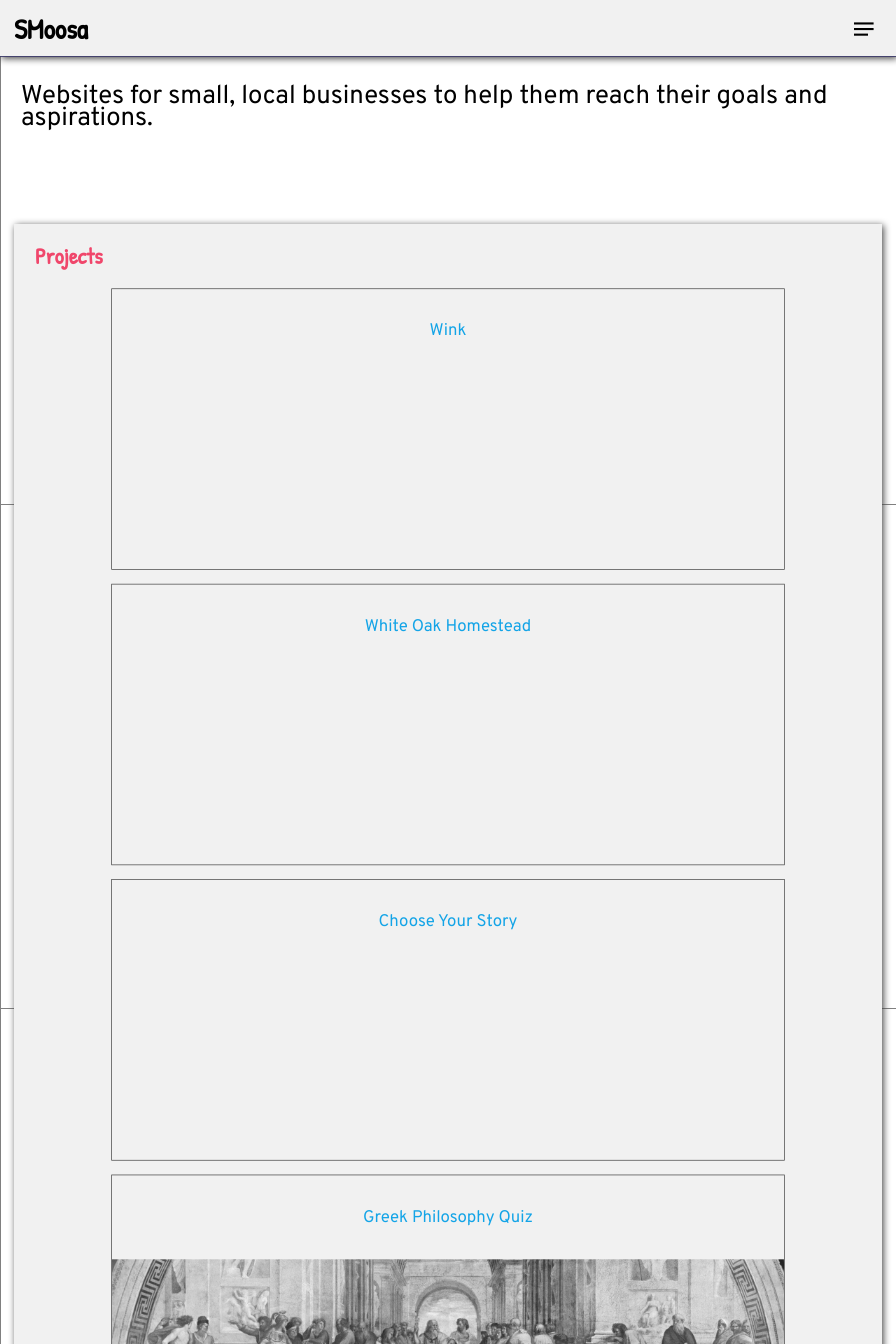
Repository: Sbethm/sarahmoosa
Page: index.html
These files come from the project's save history. The page is drawn as it stood at one moment and after a run of saves; the edit follows.
The browser window is 1280 px wide. The pictures show the part of the page from y = 0 to 1920 px (the page is 2696 px tall before and 2664 px after), at 70% of full size.
Backgrounds fixed to the window are drawn as part of the page. Some web libraries are served in a nearby version. The style sheet was rebuilt from its Sass, Less or Tailwind sources for each picture, by a compiler version that may differ from the author's.

Above is the page before, as saved 2021-07-16 09:42:17.

### index.html
<!DOCTYPE html>
<html lang="en">
<head>
    <meta charset="UTF-8">
    <meta http-equiv="X-UA-Compatible" content="IE=edge">
    <meta name="viewport" content="width=device-width, initial-scale=1.0">
    <link rel="preconnect" href="https://fonts.googleapis.com">
<link rel="preconnect" href="https://fonts.gstatic.com" crossorigin>
<link href="https://fonts.googleapis.com/css2?family=Overpass:ital,wght@0,300;0,400;0,700;1,300;1,400;1,700&family=Patrick+Hand&display=swap" rel="stylesheet">
<!--HEADER FONT
    font-family: 'Patrick Hand', cursive;
    CONTENT FONT
    font-family: 'Overpass', sans-serif;
-->
<link rel="stylesheet" href="./dist/css/style.css">
<script src="https://kit.fontawesome.com/4348baf125.js" crossorigin="anonymous"></script>
    <title>SarahMoosa</title>
</head>
<body>
    <header>
        <h1 class="logo" id="logo">SMoosa</h1>
        <ul>
            <li>Her Projects</li>
            <li>Her Skills</li>
            <li>About Sarah</li>
            <li>Contact</li>
        </ul>
        <div class="hamburger">
            <span class="patty"></span>
        </div>
    </header>
    <main>
        <div class="welcome" id="welcome">
            <p>Websites for small, local businesses to help them reach their goals and aspirations.</p>
        </div>
        <section class="project--sect">
            <h2>Projects</h2>
            <div class="flex">
                <div class="project--box">
                    <p>Wink</p>
                    <div class="project--img wink"></div>
                    <i class="project--link"></i>
                    <i class="project--skills"></i>
                </div>
                <div class="project--box">
                    <p>White Oak Homestead</p>
                    <div class="project--img whiteoak"></div>
                    <i class="project--link"></i>
                    <i class="project--skills"></i>
                </div>
                <div class="project--box">
                    <p>Choose Your Story</p>
                    <div class="project--img chooseyourstory"></div>
                    <i class="project--link"></i>
                    <i class="project--skills"></i>
                </div>
                <div class="project--box">
                    <p>Greek Philosophy Quiz</p>
                    <div class="project--img greekphilo">
                        <img src="./img/bw-art-school-of-athens-1143741_1920 copy.jpeg" alt="background image from the website if you were a greek philosophy student">
                    </div>
                    <i class="project--link"></i>
                    <i class="project--skills"></i>
                </div>
            </div>
        </section>
        <section class="skills--sect">
            <h2>Skills</h2>
            <i class="fab fa-github"></i>
            <i class="fab fa-css3-alt"></i>
            <i class="fab fa-sass"></i>
            <i class="fab fa-js-square"></i>
            <i class="fab fa-react"></i>
        </section>
        <section class="about--sect">
            <h2>About Sarah</h2>
            <p>Hi there! My name is Sarah, and I am from Louisiana. I love learning about everything and I enjoy being creative. <!--I spent most of my life absorbing knowledge, drawing, and creating any crafty thing I could get my hands on. Several years ago, I found my greatest passion- language. I followed this passion to Japan where I taught English and studied Japanese.

            While in Japan, I was exploring how to share share my time in Japan online when I discovered web development. It started out as just a hobby, but it quickly grew into a driving desire to learn and create more.

            I have been teaching myself how to write and read code for websites. -->
            <div class="about--button">
                <span>To find out more</span>
                <link>
                    Click Here!
                </link>
            </div>
        </p>
        </section>
        <section class="contact--sect">
            <h2>Contact</h2>
            <div class="contact--icon--container">
                <i class="far fa-envelope"></i>
                <i class="fab fa-linkedin"></i>
                <i class="fab fa-github"></i>
            </div>
            <p>You can contact me by email or visit me on linkedin and github!</p>
        </section>
        <footer>
            <p>Hello!</p>
        </footer>
    </main>

</body>
</html>

### SCSS/style.scss
@import "./reset", "./variables";

/* Table of Contents
    1. Overall Styling (mobile, etc.)
        1.1 Header
        1.2 Welcome
        1.3 Projects
        1.4 Skills
        1.5 About
        1.6 Contact
        1.7 Footer
    2. Tablet Styling
        2.1 Landscape
            2.1.1 Header
            2.1.2 Welcome
            2.1.3 Projects
            2.1.4 Skills
            2.1.5 About
            2.1.6 Contact
            2.1.7 Footer
        2.2 Portrait
            2.2.1 Header
            2.2.2 Welcome
            2.2.3 Projects
            2.2.4 Skills
            2.2.5 About
            2.2.6 Contact
            2.2.7 Footer
    3. Computer Styling
        3.1 Header
        3.2 Welcome
        3.3 Projects
        3.4 Skills
        3.5 About
        3.6 Contact
        3.7 Footer
*/

//1. OVERALL STYLING
body {
    background-size: 40px 40px;
    background-image:
      linear-gradient(to right, grey 1px, transparent 1px),
      linear-gradient(to bottom, grey 1px, transparent 1px);
      background-attachment: fixed;
}

section {
    width: calc(100vw - 60px);
    margin: 20px;
    padding: 10px;
    background-color: $bgColorWhite;
    box-shadow: 2px 2px 10px 1px $accentColorShadow;
}

h2 {
    font-family: $accentFont;
    font-size: 2rem;
    color: $accentColorMaroon;
}

p {
    font-family: $contentFont;
    font-size: 1.4rem;
    line-height: 2rem;
}

i {
    margin: 10px;
    font-size: 5rem;
    color: $accentColorLightBlue;
}

    //1.1 HEADER
    header {
        height: 5rem;
        width: 100vw;
        display: block;
        position: fixed;
        top: 0;
        background-color: $bgColorWhite;
        border-bottom: 0.5px solid $accentColorDeepBlue;
        box-shadow: 2px 2px 10px 1px $accentColorShadow;
        overflow: hidden;
        z-index: 9;

        & h1 {
            font-family: $accentFont;
            font-size: $h1Size;
            padding: 1.25rem;
        }

        & .hamburger {
            position: absolute;
            top: 2em;
            right: 2em;
            z-index: 1;
            width: 28px;
            //@include transition-ease;

            & .patty {
            position: absolute;
            top: 0.5rem;
            right: 0;
            height: 3px;
            width: 28px;
            background: #000;
            //@include transition-ease;

                &::before {
                    content: '';
                    position: absolute;
                    top: -8px;
                    height: 3px;
                    width: 28px;
                    background: #000;
                    //@include transition-ease;
                }

                &::after{
                    content: '';
                    position: absolute;
                    top: 8px;
                    height: 3px;
                    width: 20px;
                    background: #000;
                    //@include transition-ease;
                }

                &.open {
                    transform: rotate(720deg);
                    background: transparent;

                    &::before {
                        transform: rotate(45deg) translate(5px, 8px);
                    }

                    &::after{
                        width: 28px;
                        transform: rotate(-45deg) translate(3px, -7px);
                    }
                }
            }
        }
    }

    //1.2 WELCOME
    .welcome {
        width: calc(100vw - 60px);
        margin: 0 30px;
        font-family: $contentFont;
        position: relative;
        top: 7.6rem;

        & p {
            font-size: 2.3rem;
            line-height: 2.3re;
        }
    }

    //1.3 PROJECTS
    .project--sect {
        margin-top: 16rem;
        height: fit-content;

        & h2 {
            display: block;
            width: 100%;
            margin: 20px;
        }
    }

    .flex {
        display: flex;
        flex-direction: row;
        flex-wrap: wrap;
        justify-content: space-between;
    }

    .project--box {
        width: 75vw; //
        height: 25em;
        margin: 10px auto;
        background-color: $bgColorWhite;
        overflow: hidden;
        border: 1px solid $accentColorShadow;

        & p {
            width: 75vw;
            height: 5em;
            line-height: 5em;
            font-size: 1.5rem;
            color: $accentColorLightBlue;
            text-align: center;
        }

        & img {
            width: 75vw;
            height: 20em;
            object-fit: cover;
            object-position: 50% 80%;

        }
    }


    //1.5 ABOUT
    //.about--sect {}

    //1.7 FOOTER
    footer {
        width: 100vw;
        height: 5rem;
        position: absolute;
        background-color: $bgColorWhite;
        box-shadow: 2px 2px 10px 1px $accentColorShadow;
    }

//2. TABLET STYLING
    //2.1 LANDSCAPE
    @media only screen and (min-device-width : 768px) and (max-device-width : 1366px) and (orientation : landscape) {

    }

    //2.2 PORTRAIT
    @media only screen and (min-device-width : 768px) and (max-device-width : 1024px) and (orientation : portrait) {
    }

### SCSS/_variables.scss
/* Table of Contents
    1. Fonts
        1.1 Font Family
        1.2 Font Size
        1.2 Font Weight
    2. Colors
    3. Transitions
*/

//1. Fonts
    //1.1 Font Family
    $accentFont: 'Patrick Hand', cursive;
    $contentFont: 'Overpass', sans-serif;
    //1.2 Font Size
    $h1Size: 2.5rem;

//2. Colors
    //2.1 Background Colors
        $bgColorWhite: rgb(241, 241, 241);
        $bgColorBlue: rgb(10, 6, 68);

    //2.2 Accent Colors
        $accentColorDeepBlue: rgb(10, 6, 68);
        $accentColorLightBlue: rgb(19, 164, 231);
        $accentColorMaroon: rgb(240, 70, 107);
        $accentColorShadow: rgb(66, 66, 66);

//#. Transitions

Loaded but not shown: SCSS/_reset.scss (common file)

After the next 2 saves:
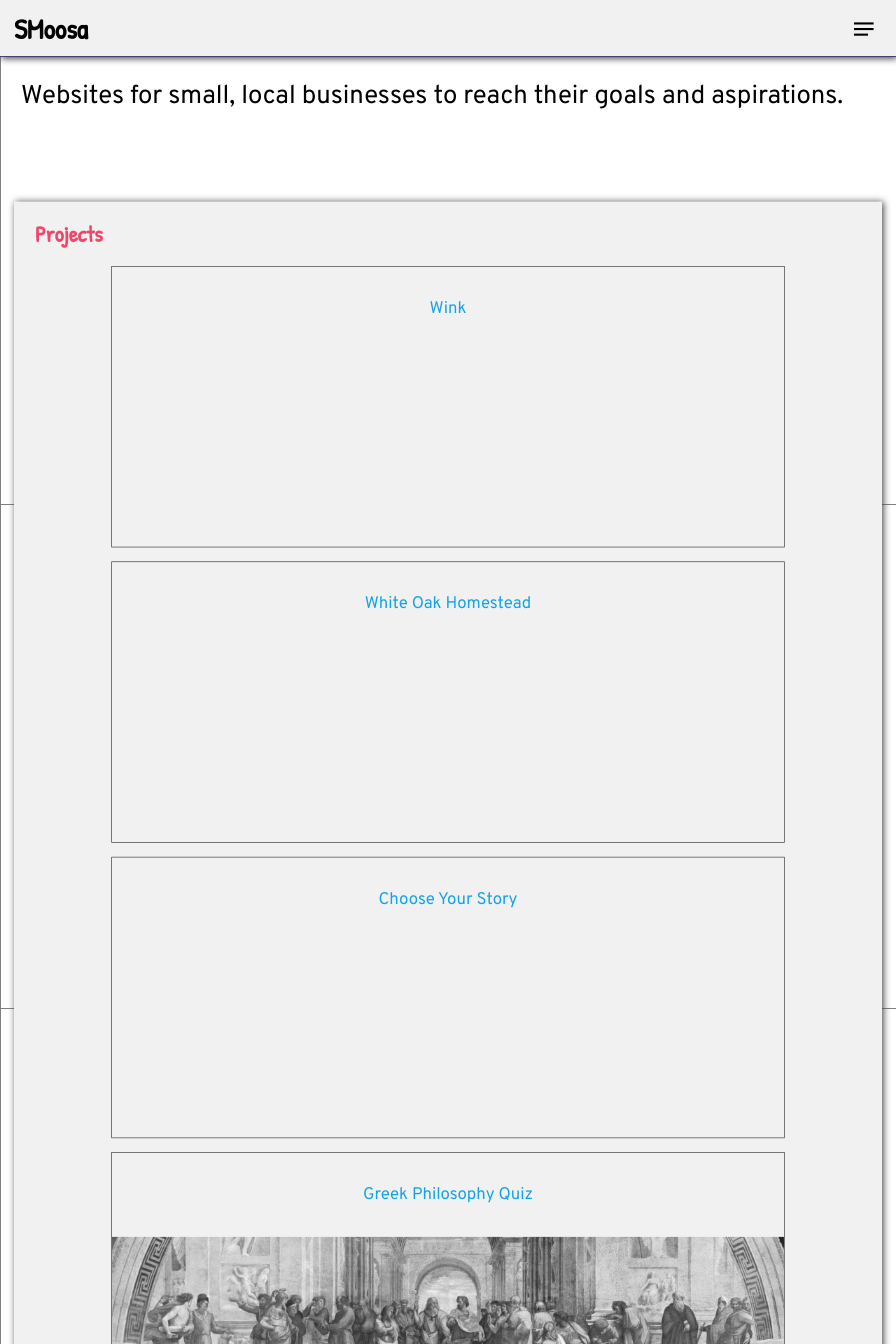
The 2 saves are shown as one change because they came seconds apart.
The last was saved 11 s later.
--- a/index.html
+++ b/index.html
@@ -31,7 +31,7 @@
     </header>
     <main>
         <div class="welcome" id="welcome">
-            <p>Websites for small, local businesses to help them reach their goals and aspirations.</p>
+            <p>Websites for small, local businesses to reach their goals and aspirations.</p>
         </div>
         <section class="project--sect">
             <h2>Projects</h2>
